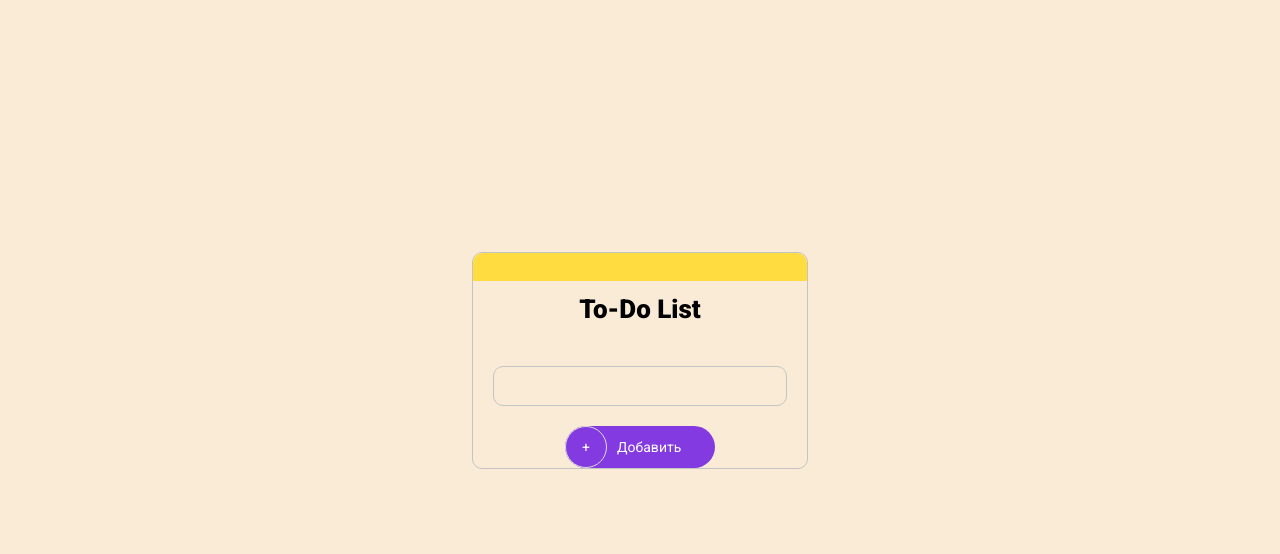
Repository: NatiqSamiyev/To-do-List-js
Page: insex.html
The author's editor kept a copy of each file at every save. The page is drawn from the files as they stood at one save, then again after the next save.
The browser window is 1280 px wide. The pictures show the whole page.
Empty fields were first filled with sample values (such as "Sample", 5 or name@example.com).
After loading, the first visible `form` was submitted once.
Some web fonts or font styles are not loaded; a fallback is used.

Above is the page before, as saved 2023-10-31 12:10:05.

After the next save:
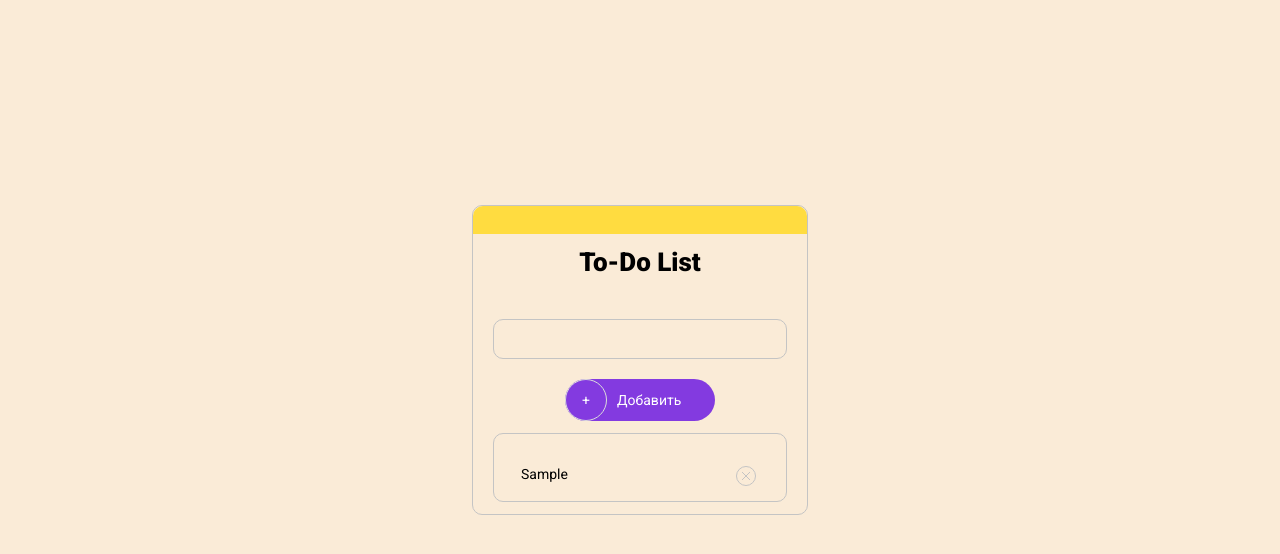
Saved 8 s later.
--- a/index.js
+++ b/index.js
@@ -7,7 +7,7 @@ let input=document.querySelector('.text-input')
 form.addEventListener('submit', sumbitForm)
 function sumbitForm(e) {
     e.preventDefault()
-ul.style.display=''
+ul.style.display='block'
     ul.innerHTML +=`
     <li>
     <h3>${input.value}</h3>
